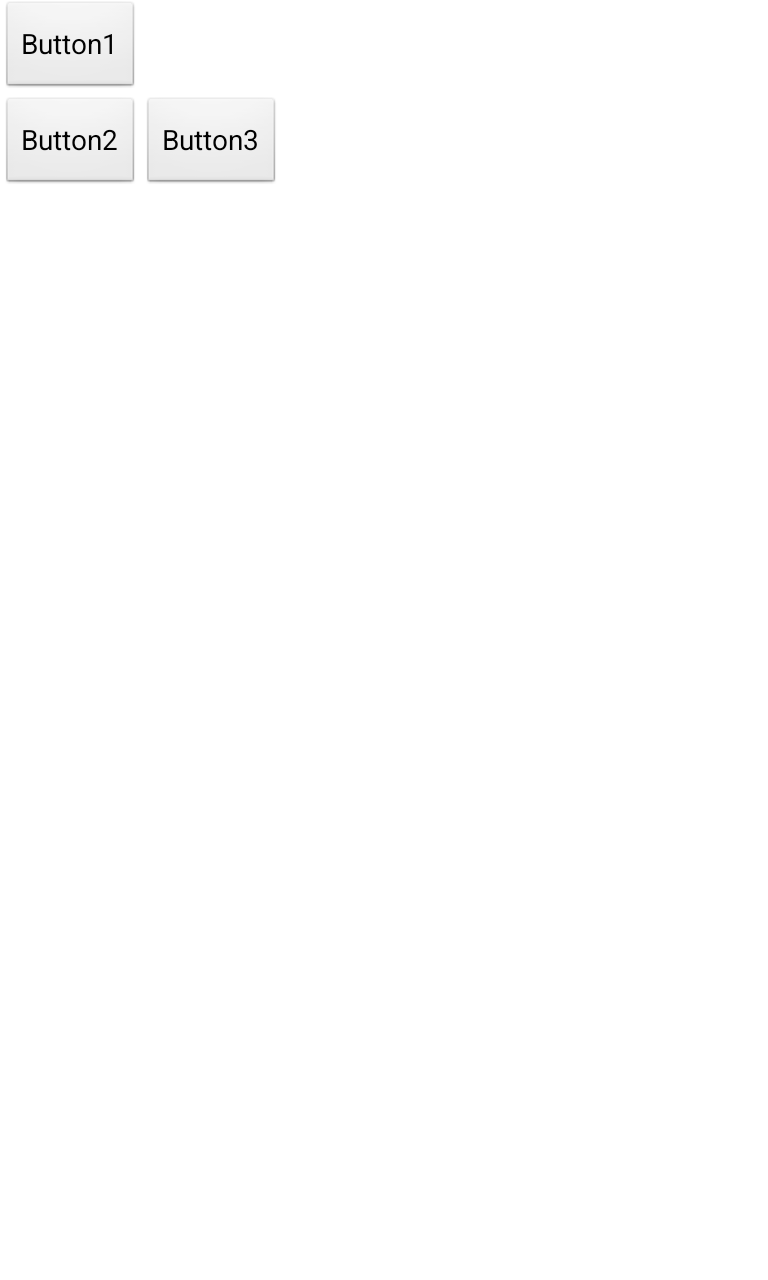
Repository: yjaeseok/gnssm_android_codelab
Layout: source/Day1-Layout/res/layout/relativelayout.xml
An editor plug-in stored every save of this project. The layout is shown before and after the next save, followed by the edit.
It is drawn on a 768 x 1280 px phone screen (xhdpi) without system bars, with theme android:Theme.Light; the app's code is not run.

Above is the layout before, as saved 2014-03-26 11:54:45.

### source/Day1-Layout/res/layout/relativelayout.xml
<?xml version="1.0" encoding="utf-8"?>
<RelativeLayout xmlns:android="http://schemas.android.com/apk/res/android"
    android:layout_width="match_parent"
    android:layout_height="match_parent" >

    <Button
        android:id="@+id/btn1"
        android:layout_width="wrap_content"
        android:layout_height="wrap_content"
        android:text="Button1"
        android:layout_alignParentTop="true"/>
    <Button
        android:id="@+id/btn2"
        android:layout_width="wrap_content"
        android:layout_height="wrap_content"
        android:text="Button2"
        android:layout_below="@id/btn1"/>
    <Button
        android:id="@+id/btn3"
        android:layout_width="wrap_content"
        android:layout_height="wrap_content"
        android:text="Button3"
        android:layout_below="@id/btn1"
        android:layout_toRightOf="@id/btn2"/>
</RelativeLayout>

After the next save:
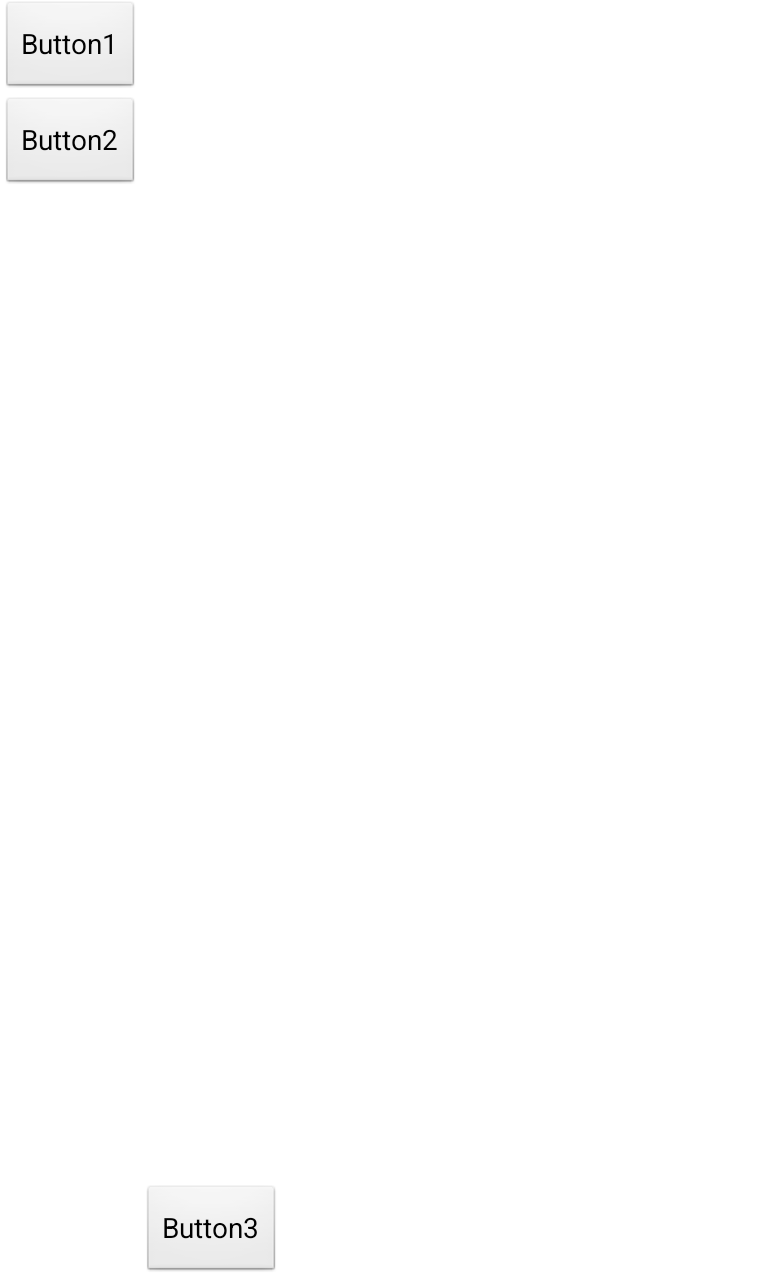
Saved 2 min 5 s later.
--- a/source/Day1-Layout/res/layout/relativelayout.xml
+++ b/source/Day1-Layout/res/layout/relativelayout.xml
@@ -20,6 +20,6 @@
         android:layout_width="wrap_content"
         android:layout_height="wrap_content"
         android:text="Button3"
-        android:layout_below="@id/btn1"
+        android:layout_alignParentBottom="true"
         android:layout_toRightOf="@id/btn2"/>
 </RelativeLayout>
